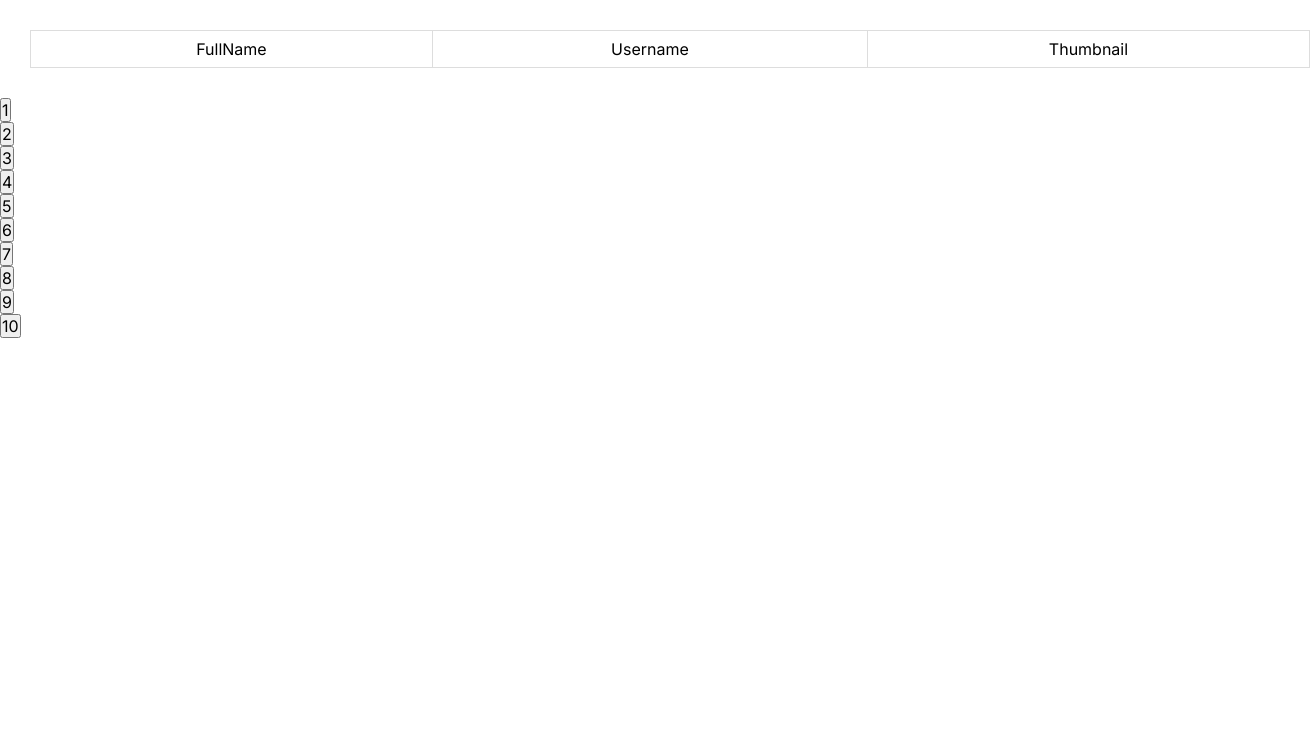
Repository: hoang0508/Test-FrontendReactJs-Twendee
Page: /
The author's editor kept a copy of each file at every save. The page is drawn from the files as they stood at one save, then again after the next save.
The browser window is 1280 px wide. The page is 1310 px wide, then 1280 px, so the pictures cover 1310 px, including what lies to the right of the window. The pictures show the whole page.
The page's requests for data from a server got no answer. The project was rebuilt for these pictures with package versions that can differ from the ones it lists, and the page was loaded fresh each time. No one was signed in, and anything a server would have sent is missing.

Above is the page before, as saved 2023-02-06 21:27:58.

### src/index.tsx
import React from "react";
import ReactDOM from "react-dom/client";
import "./index.scss";
import App from "./App";
import reportWebVitals from "./reportWebVitals";
import { Provider } from "react-redux";
import store from "./redux/store";

const root = ReactDOM.createRoot(
  document.getElementById("root") as HTMLElement
);
root.render(
  <React.StrictMode>
    <Provider store={store}>
      <App />
    </Provider>
  </React.StrictMode>
);

// If you want to start measuring performance in your app, pass a function
// to log results (for example: reportWebVitals(console.log))
// or send to an analytics endpoint. Learn more: https://bit.ly/CRA-vitals
reportWebVitals();

### src/index.scss
@import url("https://fonts.googleapis.com/css2?family=Inter:wght@300;400;500;600;700&display=swap");
*,
*:before,
*:after {
  box-sizing: border-box;
}
* {
  margin: 0;
  padding: 0;
  font: inherit;
}
img,
picture,
svg,
video {
  display: block;
  max-width: 100%;
}
body {
  min-height: 100vh;
  font-family: "Inter", sans-serif;
}

### src/App.tsx
import UserTable from "./components/UserTable";

function App() {
  return (
    <div>
      <UserTable />
    </div>
  );
}

export default App;

### src/redux/store.tsx
import { configureStore, combineReducers } from "@reduxjs/toolkit";
import usersSlice from "./usersSlice";

const reducer = combineReducers({
  users: usersSlice,
});

const store = configureStore({
  reducer: reducer,
  middleware: (getDefaultMiddleware) =>
    getDefaultMiddleware({
      serializableCheck: false,
    }).concat(),
});

export type RootState = ReturnType<typeof store.getState>;

export type AppDispatch = typeof store.dispatch;

export default store;

### src/components/UserTable.tsx
import React, { useEffect } from "react";
import { useDispatch, useSelector } from "react-redux";
import { RootState } from "../redux/store";
import { fetchDataUser, setCurrentPage } from "../redux/usersSlice";
import { ItemData } from "../utils/type";
import Pagination from "./Pagination";
import { v4 } from "uuid";
import "./UserTable.scss";

const UserTable = () => {
  const usersPerPage = 10;
  // dispatch redux
  const dispatch = useDispatch();
  const { users, currentPage } = useSelector((state: any) => state.users);

  useEffect(() => {
    dispatch(
      fetchDataUser({
        currentPage,
        numberPerPage: usersPerPage,
      })
    );
  }, [currentPage, dispatch, usersPerPage]);

  // Change page
  const handlePaginate = (pageNumber: number) =>
    dispatch(setCurrentPage(pageNumber));

  // Get current users
  const currentUsers = users?.results;
  console.log(
    "🚀 ~ file: UserTable.tsx:28 ~ UserTable ~ currentUsers",
    currentUsers
  );

  return (
    <>
      <div className="userTable">
        <table className="userTable-table">
          <thead>
            <tr>
              <th>FullName</th>
              <th>Username</th>
              <th>Thumbnail</th>
            </tr>
          </thead>
          <tbody>
            {currentUsers &&
              currentUsers.length > 0 &&
              currentUsers.map((user: ItemData) => (
                <tr key={v4()}>
                  <td>
                    <span>{user?.name?.title}</span>
                    <span>{user?.name?.first}</span>
                    <span>{user?.name?.last}</span>
                  </td>
                  <td>{user?.login?.username}</td>
                  <td>
                    <img src={user?.picture?.thumbnail} alt="" />
                  </td>
                </tr>
              ))}
          </tbody>
        </table>
        <Pagination
          usersPerPage={usersPerPage}
          handlePaginate={handlePaginate}
        />
      </div>
    </>
  );
};

export default UserTable;

### src/redux/usersSlice.tsx
import { createAsyncThunk, createSlice } from "@reduxjs/toolkit";
import axios from "../api/apiConfig";

interface IData {
  currentPage: number;
  numberPerPage: number;
}

// Fectch Data Users
export const fetchDataUser: any = createAsyncThunk(
  "users/fetchUsers",
  async (data: IData, thunkAPI) => {
    const res = await axios.get(
      `?page=${data?.currentPage}&results=${data?.numberPerPage}`
    );
    return res;
  }
);

const userSlice = createSlice({
  name: "user",
  initialState: {
    users: [],
    currentPage: 1,
  },
  reducers: {
    setCurrentPage: (state, action) => ({
      ...state,
      currentPage: action.payload,
    }),
  },
  extraReducers: (builder) => {
    // Add reducers for additional action types here, and handle loading state as needed
    builder.addCase(fetchDataUser.fulfilled, (state: any, action) => {
      // Add user to the state array
      state.users = action.payload;
    });
  },
});

export const { setCurrentPage } = userSlice.actions;
export default userSlice.reducer;

### src/components/Pagination.tsx
import { useSelector } from "react-redux";
import { RootState } from "../redux/store";
import { TotalUser } from "../utils/enum";

interface PropsPagination {
  usersPerPage: number;
  handlePaginate: (itemNunber: number) => void;
}

const Pagination = ({ usersPerPage, handlePaginate }: PropsPagination) => {
  const pageNumbers = [];
  for (let i = 1; i <= Math.ceil(TotalUser.TOTAL_USER / usersPerPage); i++) {
    pageNumbers.push(i);
  }
  const { currentPage } = useSelector((state: RootState) => state.users);

  return (
    <nav>
      <ul className="pagination">
        {pageNumbers.map((itemNumber: number) => (
          <li
            key={itemNumber}
            className={`page-item ${
              currentPage === itemNumber ? "active-page" : ""
            }`}
          >
            <button
              onClick={() => handlePaginate(itemNumber)}
              className="page-link"
            >
              {itemNumber}
            </button>
          </li>
        ))}
      </ul>
    </nav>
  );
};

export default Pagination;

### src/components/UserTable.scss
.userTable {
  &-table {
    border-collapse: collapse;
    width: 100%;
    margin: 30px;
  }

  td,
  th {
    border: 1px solid #dddddd;
    text-align: center;
    padding: 8px;
  }

  tr:nth-child(even) {
    background-color: #dddddd;
  }
}

### src/api/apiConfig.ts
import axios from "axios";

const instance = axios.create({
  baseURL: "https://randomuser.me/api/",
});

// Add a request interceptor
instance.interceptors.request.use(
  function (config) {
    // Do something before request is sent
    return config;
  },
  function (error) {
    // Do something with request error
    return Promise.reject(error);
  }
);

// Add a response interceptor
instance.interceptors.response.use(
  function (response) {
    return response && response?.data ? response?.data : response;
  },
  function (error) {
    // Any status codes that falls outside the range of 2xx cause this function to trigger
    // Do something with response error
    return error && error?.message ? error?.message : Promise.reject(error);
  }
);

export default instance;

### src/utils/enum.ts
export enum TotalUser {
  TOTAL_USER = 100,
}

Loaded but not shown: public/index.html (common file); src/reportWebVitals.ts (common file)

After the next save:
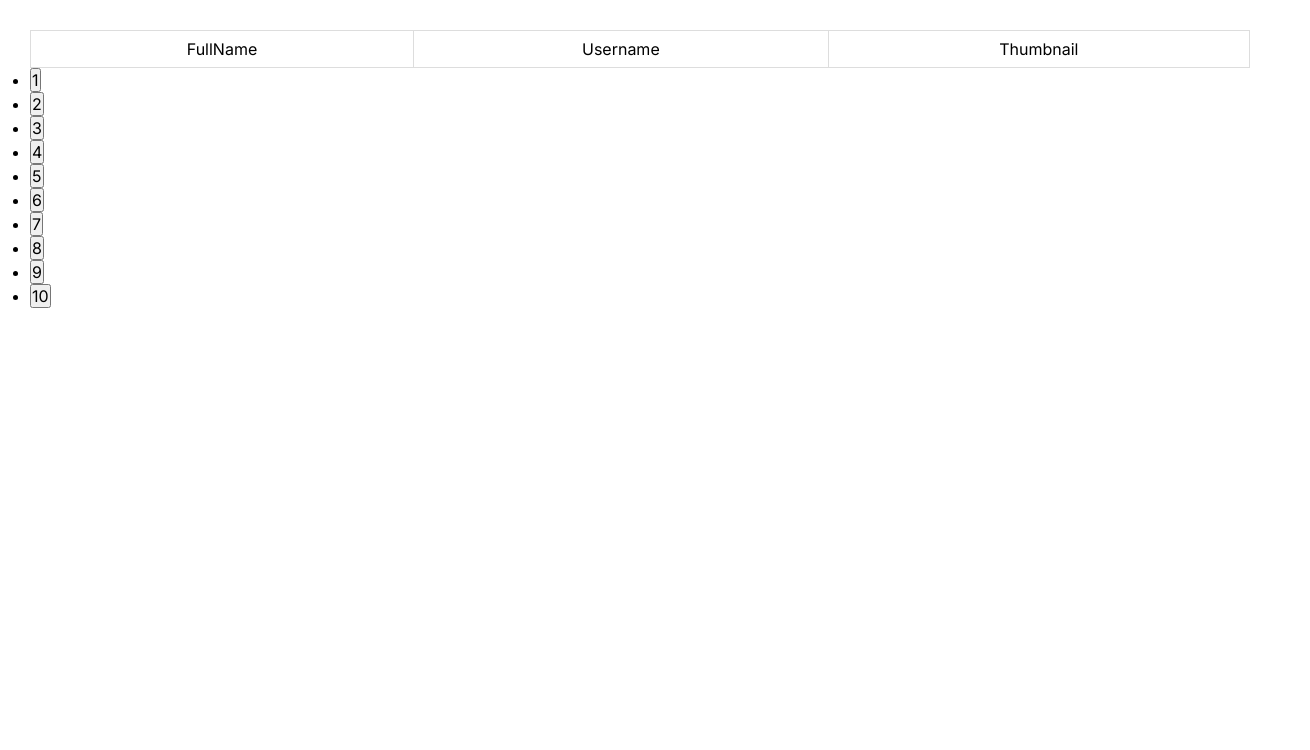
Saved 67 s later.
--- a/src/components/UserTable.scss
+++ b/src/components/UserTable.scss
@@ -1,8 +1,8 @@
 .userTable {
+  margin: 30px;
   &-table {
     border-collapse: collapse;
     width: 100%;
-    margin: 30px;
   }
 
   td,
